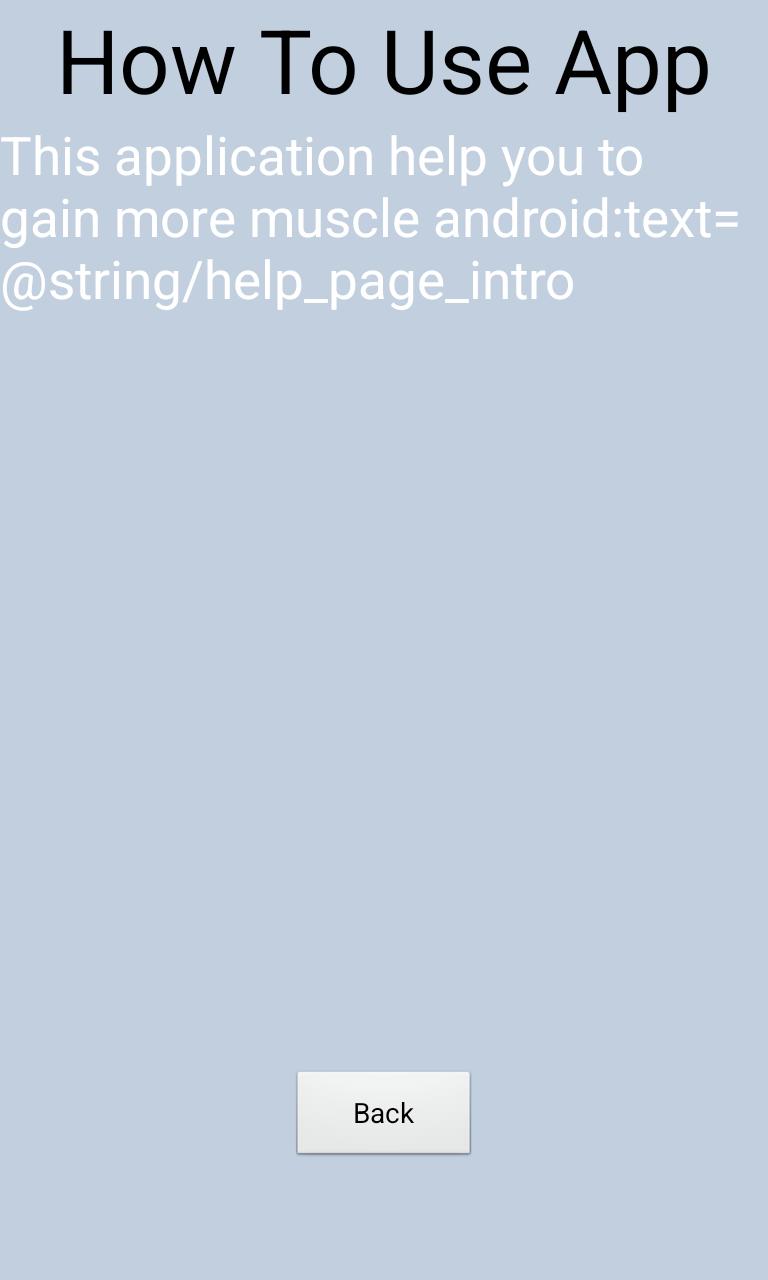
Repository: parinya1968/My-project
Layout: DroidWork/getBig/res/layout/howto.xml
The author's editor kept a copy of each file at every save. The layout is drawn from the files as they stood at one save, then again after the next save.
It is drawn on a 768 x 1280 px phone screen (xhdpi) without system bars, with theme android:Theme.NoTitleBar.Fullscreen; the app's code is not run.

Above is the layout before, as saved 2012-06-20 05:48:08.

### DroidWork/getBig/res/layout/howto.xml
<?xml version="1.0" encoding="utf-8"?>
<LinearLayout xmlns:android="http://schemas.android.com/apk/res/android"
    android:layout_width="fill_parent"
    android:layout_height="fill_parent"
    android:background="#C2CFDF"
    android:orientation="vertical" >

    <TextView
        android:layout_width="wrap_content"
        android:layout_height="wrap_content"
        android:layout_gravity="center_horizontal"
        android:text="How To Use App"
        android:textColor="#000000"
        android:textSize="20pt" />




    <TextView
        android:id="@+id/textView1"
        android:layout_width="match_parent"
        android:layout_height="475dp"
        android:layout_gravity="center"
        android:textColor="@android:color/white"
         android:text="@string/howTo"
        android:textSize="12pt" />


    <Button
        android:id="@+id/howtoBackBtn"
        android:layout_width="94dp"
        android:layout_height="wrap_content"
        android:layout_gravity="center"
        android:text="Back" />

</LinearLayout>

### DroidWork/getBig/res/values/strings.xml
<?xml version="1.0" encoding="utf-8"?>
<resources>

    <string name="hello">Hello World, GetBigActivity!</string>
    <string name="app_name">GetBig</string>
    <string name="howTo">
        <p>This application help you to gain more muscle android:text="@string/help_page_intro"</p>
    </string>

</resources>

After the next save:
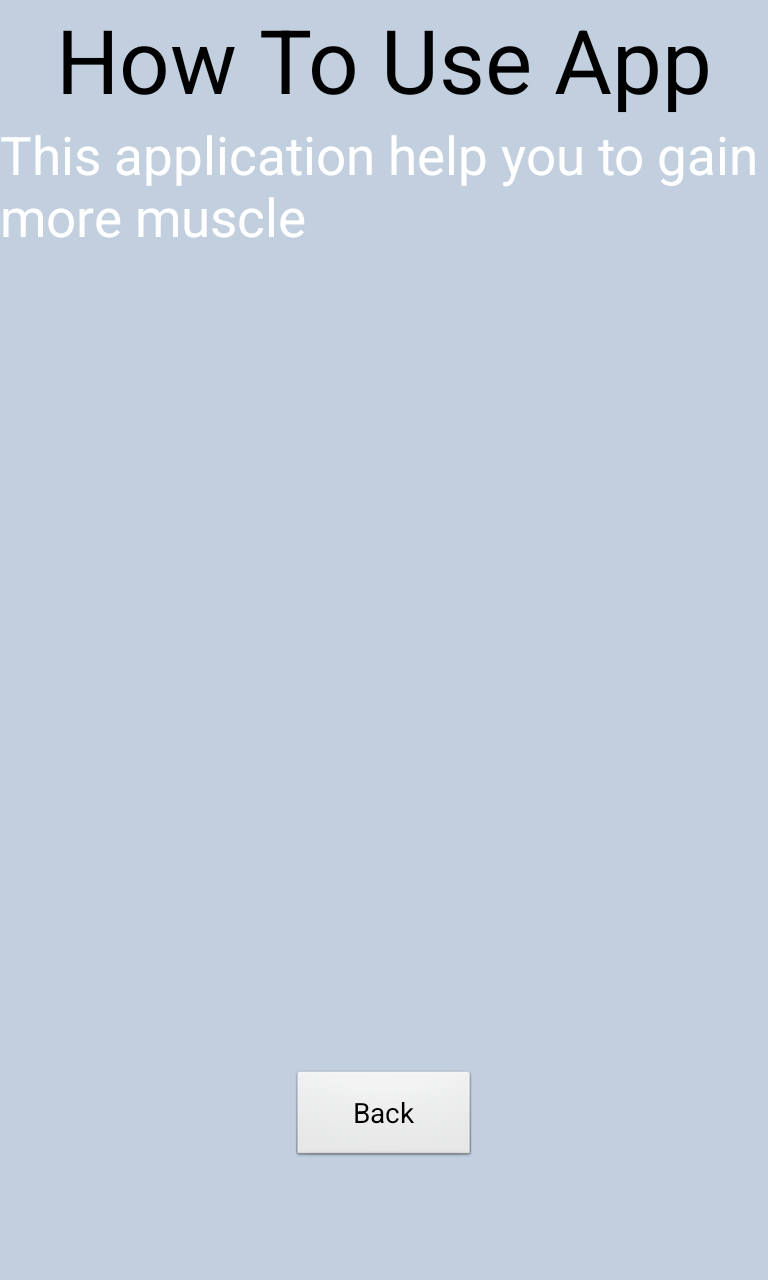
Saved 32 s later.
--- a/DroidWork/getBig/res/values/strings.xml
+++ b/DroidWork/getBig/res/values/strings.xml
@@ -4,7 +4,7 @@
     <string name="hello">Hello World, GetBigActivity!</string>
     <string name="app_name">GetBig</string>
     <string name="howTo">
-        <p>This application help you to gain more muscle android:text="@string/help_page_intro"</p>
+        <p><center>This application help you to gain more muscle</center></p>
     </string>
 
 </resources>
